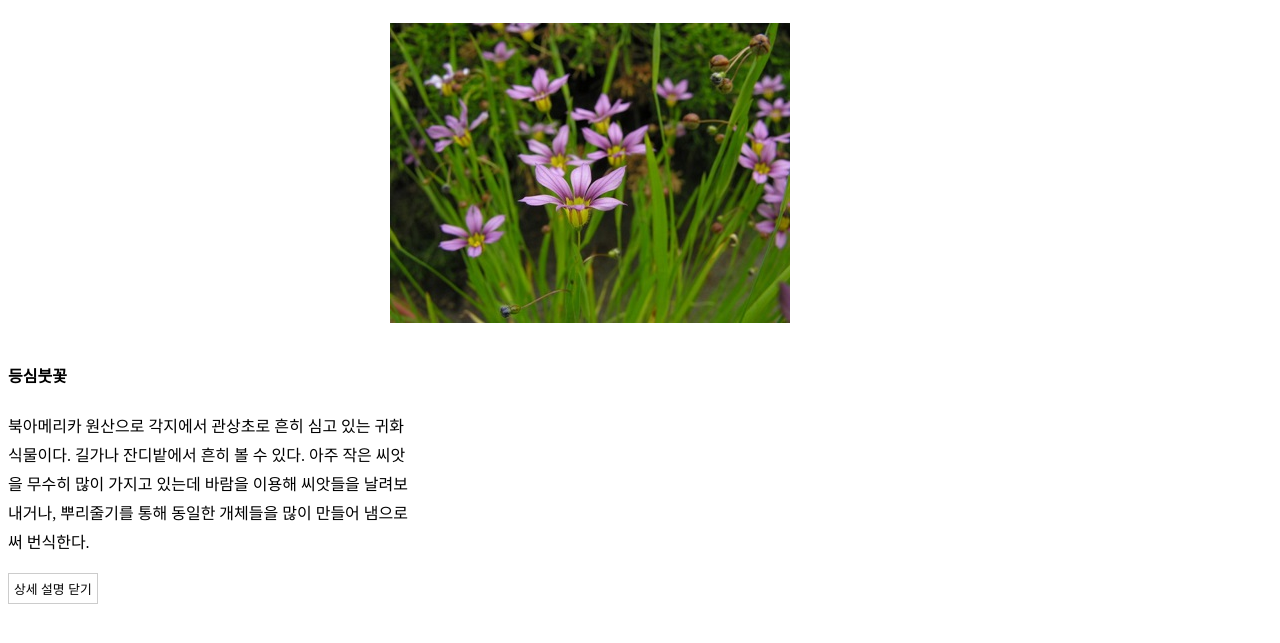
Repository: JeongminHW/Web_study
Page: HTML/myHTML/src/main/webapp/ch10/event3.html
The author's editor kept a copy of each file at every save. The page is drawn from the files as they stood at one save, then again after the next save.
The browser window is 1280 px wide. The pictures show the whole page.
After loading, the first visible `#open` was clicked once.

Above is the page before, as saved 2024-07-12 03:37:04.

After the next save:
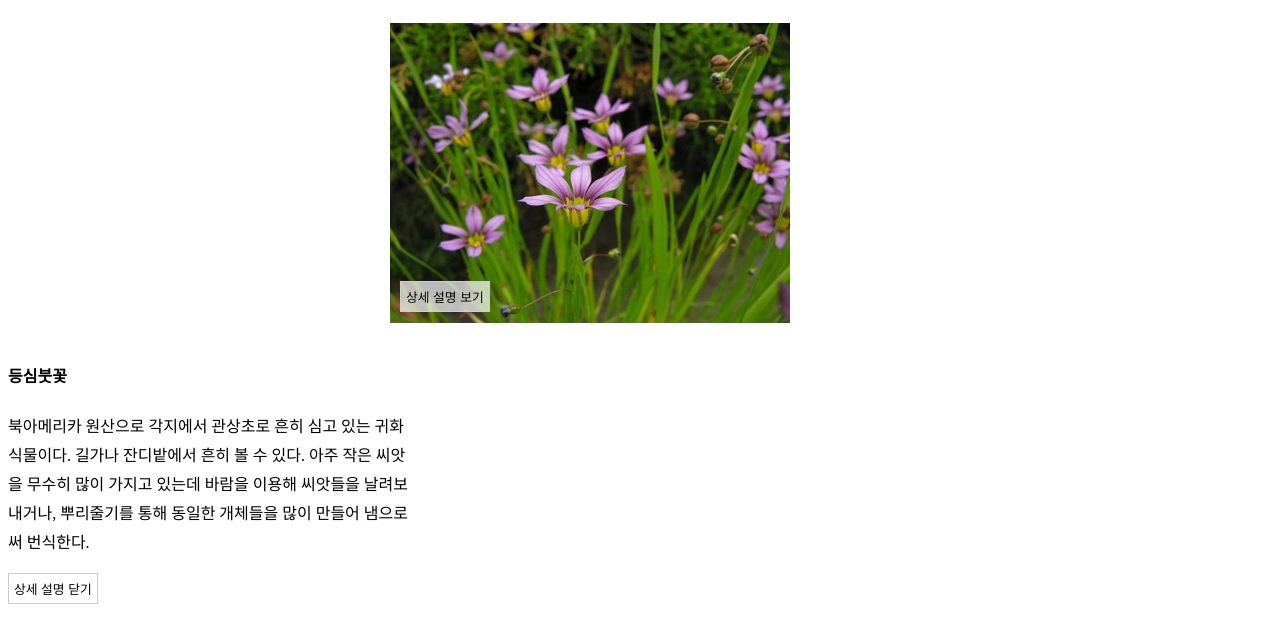
Saved 20 s later.
--- a/HTML/myHTML/src/main/webapp/ch10/event3.html
+++ b/HTML/myHTML/src/main/webapp/ch10/event3.html
@@ -21,13 +21,13 @@
 	<script type="text/javascript">
 			document.querySelector("#open").onclick = function () {
 				document.querySelector(".detail").style.display = "block";
-				document.querySelector("#open").style.display = "none";
+				/* document.querySelector("#open").style.display = "none"; */
 			}
-
+			/*
 			document.querySelector("#close").onclick = function () {
 				document.querySelector(".detail").style.display = "none";
 				document.querySelector("#open").style.display = "block";
-			}
+			} */
 	</script>
 </body>
 </html>

After the 4 saves that followed:
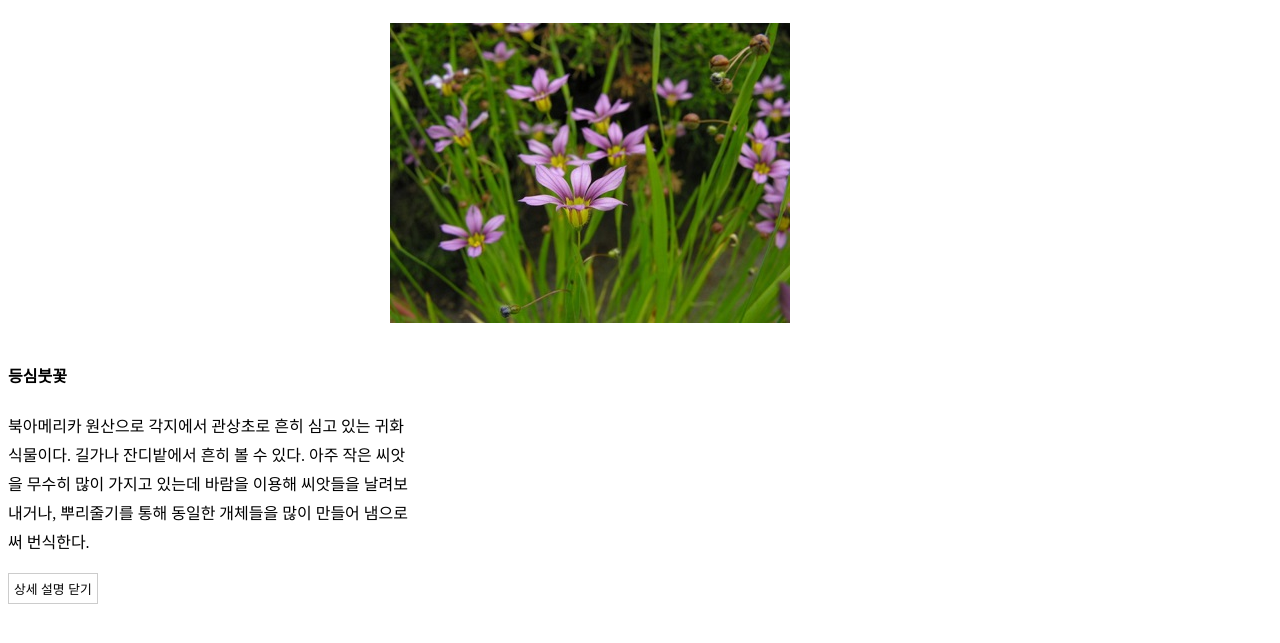
The 4 saves are shown as one change because 2 left the picture as it was and some came seconds apart.
The last was saved 86 s later.
--- a/HTML/myHTML/src/main/webapp/ch10/event3.html
+++ b/HTML/myHTML/src/main/webapp/ch10/event3.html
@@ -21,13 +21,13 @@
 	<script type="text/javascript">
 			document.querySelector("#open").onclick = function () {
 				document.querySelector(".detail").style.display = "block";
-				/* document.querySelector("#open").style.display = "none"; */
+			   document.querySelector("#open").style.display = "none";
 			}
-			/*
+
 			document.querySelector("#close").onclick = function () {
 				document.querySelector(".detail").style.display = "none";
 				document.querySelector("#open").style.display = "block";
-			} */
+			}
 	</script>
 </body>
 </html>
